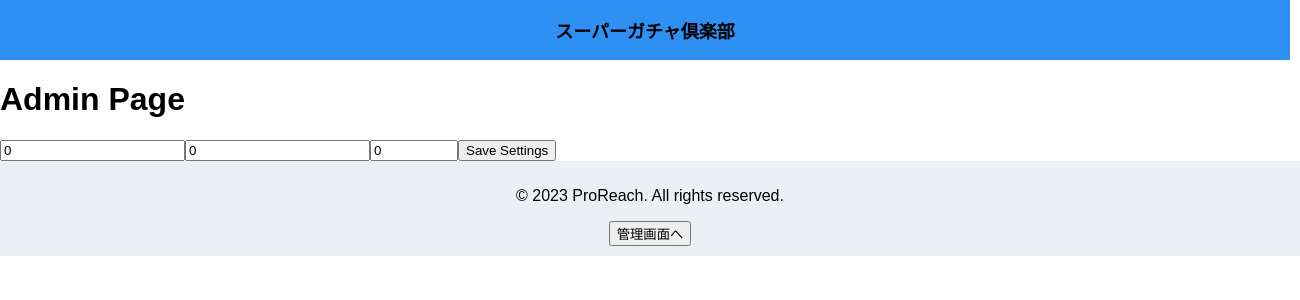
Repository: kskw0000/gggacha
Page: /admin (app in fronted/)
These files come from the project's save history. The page is drawn as it stood at one moment and after the next save; the edit follows.
The browser window is 1280 px wide. The page is 1300 px wide, so the pictures cover 1300 px, including what lies to the right of the window. The pictures show the whole page.
The page's requests for data from a server got no answer. The project was rebuilt for these pictures with package versions that can differ from the ones it lists, and the page was loaded fresh each time. No one was signed in, and anything a server would have sent is missing. Also part of the build but not shown: fronted/src/components/css/GachaMachine.css, fronted/src/components/pages/GachaMachine.js, fronted/src/components/pages/Gacha.js, fronted/src/components/css/WinnerPage.css, fronted/src/components/pages/WinnerPage.js.

Above is the page before, as saved 2023-07-01 14:26:28.

After the next save:
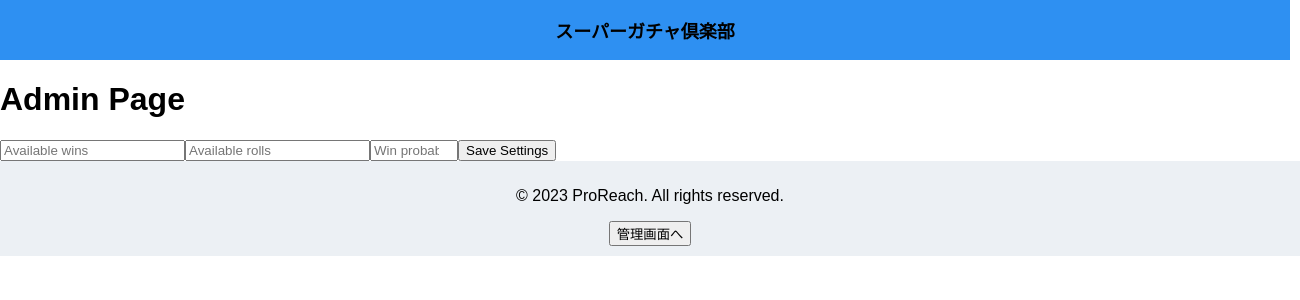
Saved 14 s later.
--- a/fronted/src/components/pages/Admin.js
+++ b/fronted/src/components/pages/Admin.js
@@ -2,9 +2,10 @@ import React, { useState, useEffect } from 'react';
 import axios from 'axios';
 
 const Admin = () => {
-  const [availableWins, setAvailableWins] = useState(0);
-  const [availableRolls, setAvailableRolls] = useState(0);
-  const [winProbability, setWinProbability] = useState(0);  // 当たりの確率
+    const [availableWins, setAvailableWins] = useState('');
+    const [availableRolls, setAvailableRolls] = useState('');
+    const [winProbability, setWinProbability] = useState('');
+     // 当たりの確率
 
   const handleSave = async () => {
     try {
